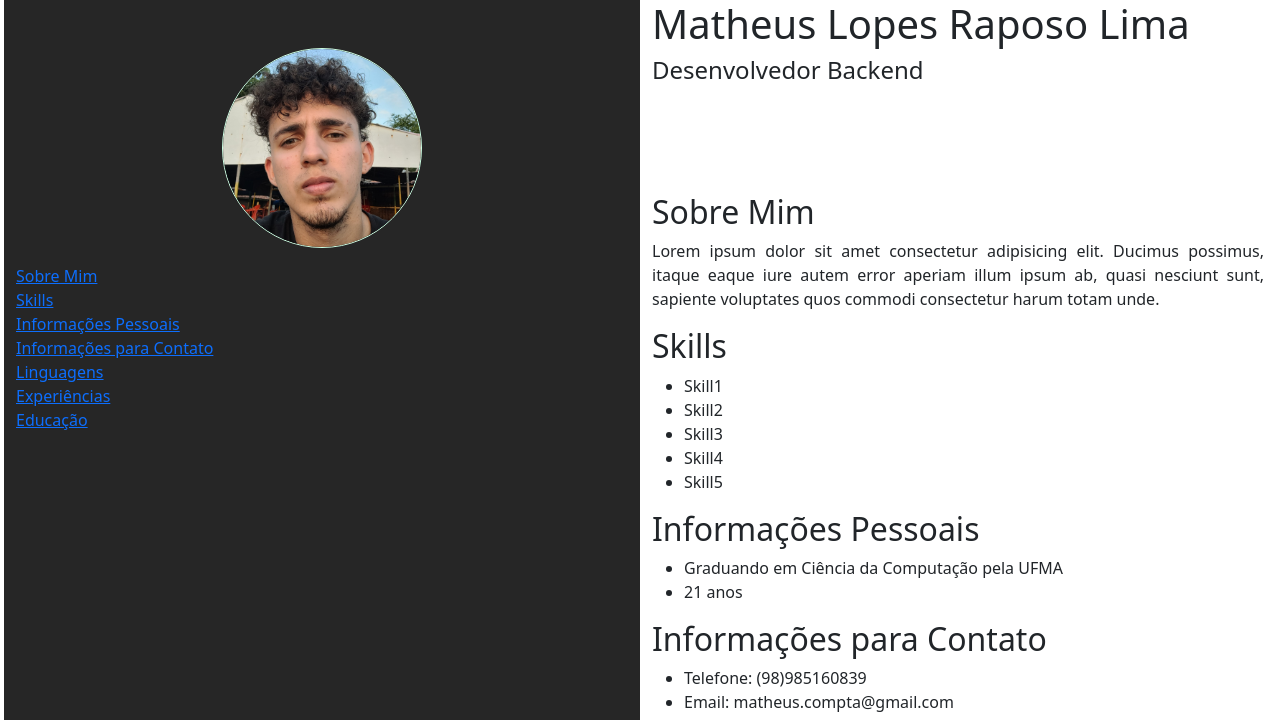
Repository: MaatheusRaposo/Curriculo_Web
Page: index.html
An editor plug-in stored every save of this project. The page is shown before and after the next save, followed by the edit.
The browser window is 1280 px wide. The pictures show the whole page.
An inner scrolling area shows only its first screen.

Above is the page before, as saved 2026-05-28 01:34:40.

After the next save:
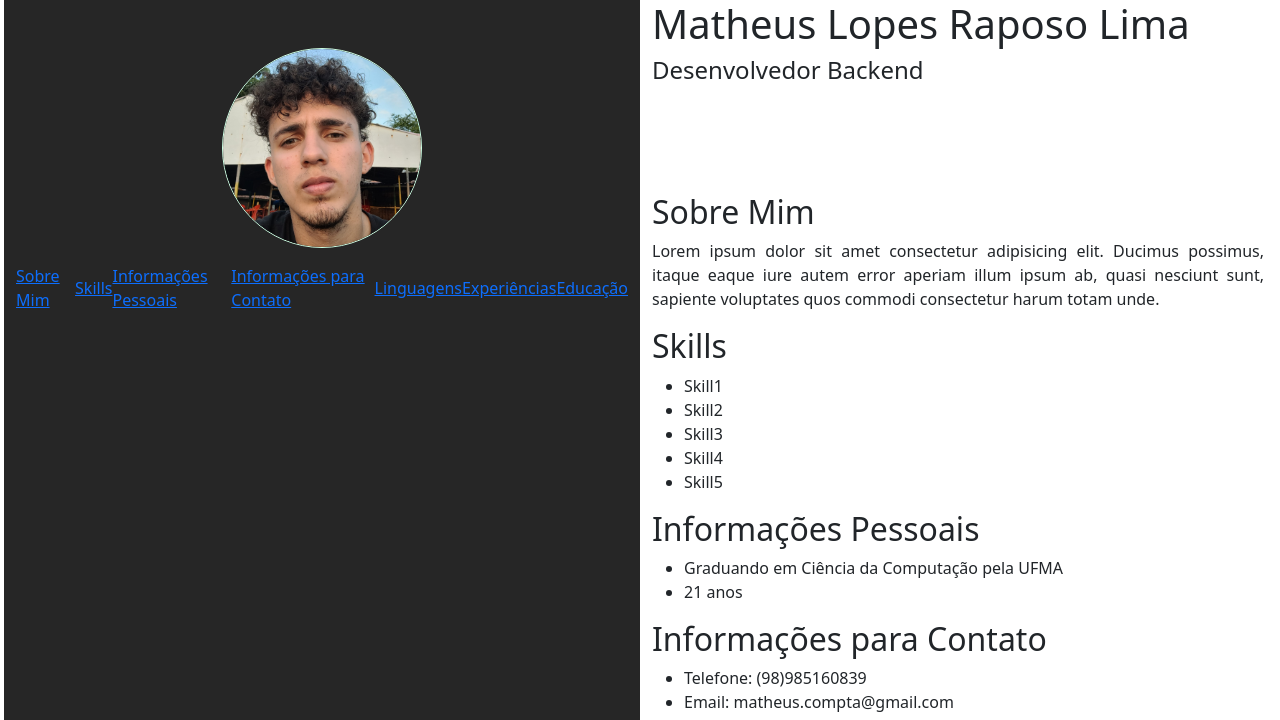
Saved 7 min 20 s later.
--- a/index.html
+++ b/index.html
@@ -14,7 +14,7 @@
                 <div class="d-flex justify-content-center align-items-center pt-5">
                     <img class="foto-perfil position-relative mb-3" src="assets/images/20230725_175129.jpg" alt="">
                 </div>
-                <div>
+                <div class="d-flex align-items-center">
                     <a href="#sobreMim">Sobre Mim</a> <br>
                     <a href="#Skills">Skills</a> <br>
                     <a href="#infoPessoal">Informações Pessoais</a> <br>

After the save that followed:
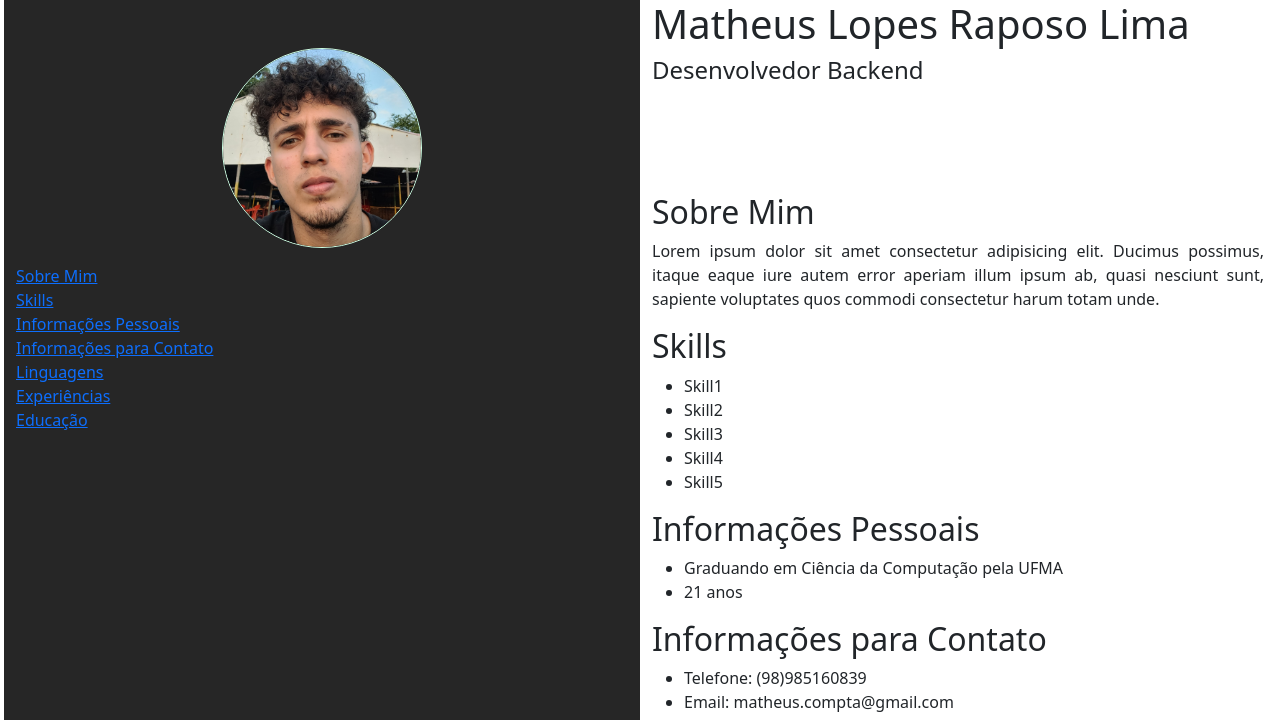
Saved 13 s later.
--- a/index.html
+++ b/index.html
@@ -14,7 +14,7 @@
                 <div class="d-flex justify-content-center align-items-center pt-5">
                     <img class="foto-perfil position-relative mb-3" src="assets/images/20230725_175129.jpg" alt="">
                 </div>
-                <div class="d-flex align-items-center">
+                <div class="align-center">
                     <a href="#sobreMim">Sobre Mim</a> <br>
                     <a href="#Skills">Skills</a> <br>
                     <a href="#infoPessoal">Informações Pessoais</a> <br>
